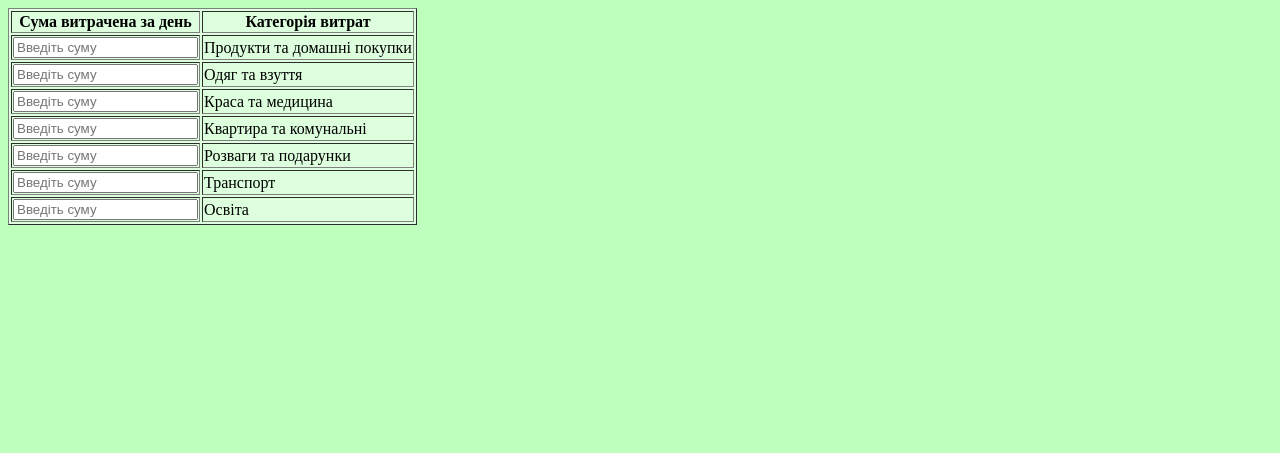
Repository: alexandrastarovoyda-star/Planer2
Page: index.html
These files come from the project's save history. The page is drawn as it stood at one moment and after the next save; the edit follows.
The browser window is 1280 px wide. The pictures show the whole page.

Above is the page before, as saved 2026-03-24 16:56:39.
Console error: TypeError: Failed to execute 'appendChild' on 'Node': parameter 1 is not of type 'Node'.

### index.html
<!DOCTYPE html>
<html lang="uk">
    <head>
            <meta charset="UTF-8">
            <title>Планер бюджету</title>
            <link rel="stylesheet" href="css/all.css">
            <link rel="stylesheet" href="css/index.css">
    </head>
    <body>
        <table border="1" class="table_calculator" id="day_spend_table">
            <tr>
                <th>Сума витрачена за день</th><th>Категорія витрат</th>
            </tr>
            <tr>
                <td><input type="number" placeholder="Введіть суму"></td>
                <td>Продукти та домашні покупки</td>
            </tr>
            <tr>
                <td><input type="number" placeholder="Введіть суму"></td>
                <td>Одяг та взуття</td>
            </tr>
            <tr>
                <td><input type="number" placeholder="Введіть суму"></td>
                <td>Краса та медицина</td>
            </tr>
            <tr>
                <td><input type="number" placeholder="Введіть суму"></td>
                <td>Квартира та комунальні</td>
            </tr>
            <tr>
                <td><input type="number" placeholder="Введіть суму"></td>
                <td>Розваги та подарунки</td>
            </tr>
            <tr>
                <td><input type="number" placeholder="Введіть суму"></td>
                <td>Транспорт</td>
            </tr>
            <tr>
                <td><input type="number" placeholder="Введіть суму"></td>
                <td>Освіта</td>
            </tr>
        </table>
    <script src="js/index.js"></script>
    </body>
</html>

### css/all.css
body{
    background: rgba(172, 255, 172, 0.781);
}

### css/index.css
#day_spend_table{
    background: rgba(255, 255, 255, 0.466);
}

### js/index.js
const list1 = ['Продукти та домашні покупки', 'Одяг та взуття', 'Краса та медицина', 'Квартира та комунальні', 'Розваги та подарунки', 'Транспорт', 'Освіта'];

list1.forEach(Myfunction);

function Myfunction(value, id){
    const tr = document.createElement('tr');
    const td1 = document.createElement('td');
    const td2 = document.createElement('td');
    const input = document.createElement('input');

    input.type = 'number';
    input.id = `input_${id}`;
    td2.append(value);

    td1.appendChild('input');
    tr.appendChild('td1');
    tr.appendChild('td2');
    document.getElementById('day_spend_table').appendChild('tr');
}

After the next save:
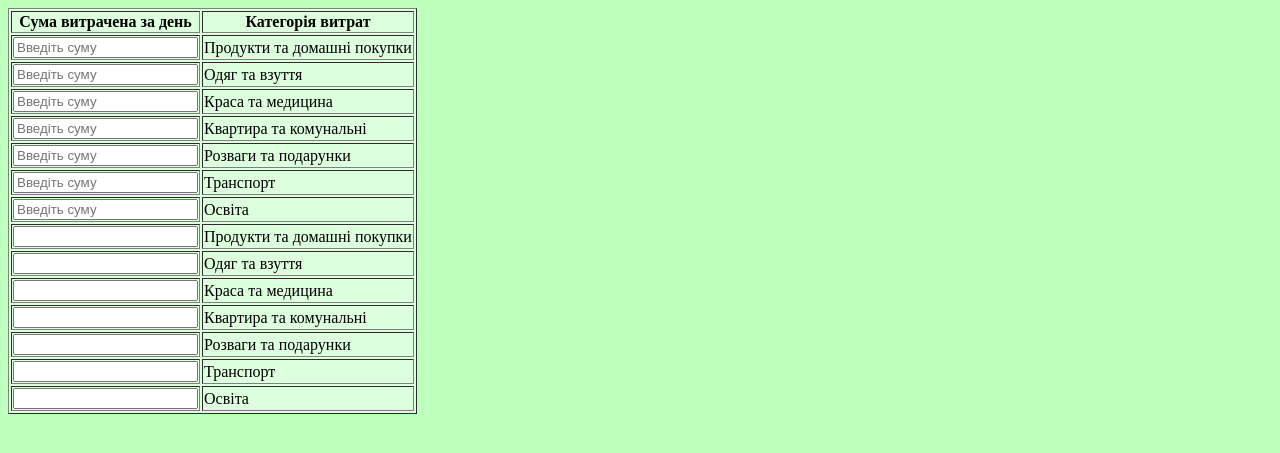
The error is gone.
Saved 46 s later.
--- a/js/index.js
+++ b/js/index.js
@@ -12,8 +12,8 @@ function Myfunction(value, id){
     input.id = `input_${id}`;
     td2.append(value);
 
-    td1.appendChild('input');
-    tr.appendChild('td1');
-    tr.appendChild('td2');
-    document.getElementById('day_spend_table').appendChild('tr');
+    td1.appendChild(input);
+    tr.appendChild(td1);
+    tr.appendChild(td2);
+    document.getElementById('day_spend_table').appendChild(tr);
 }
